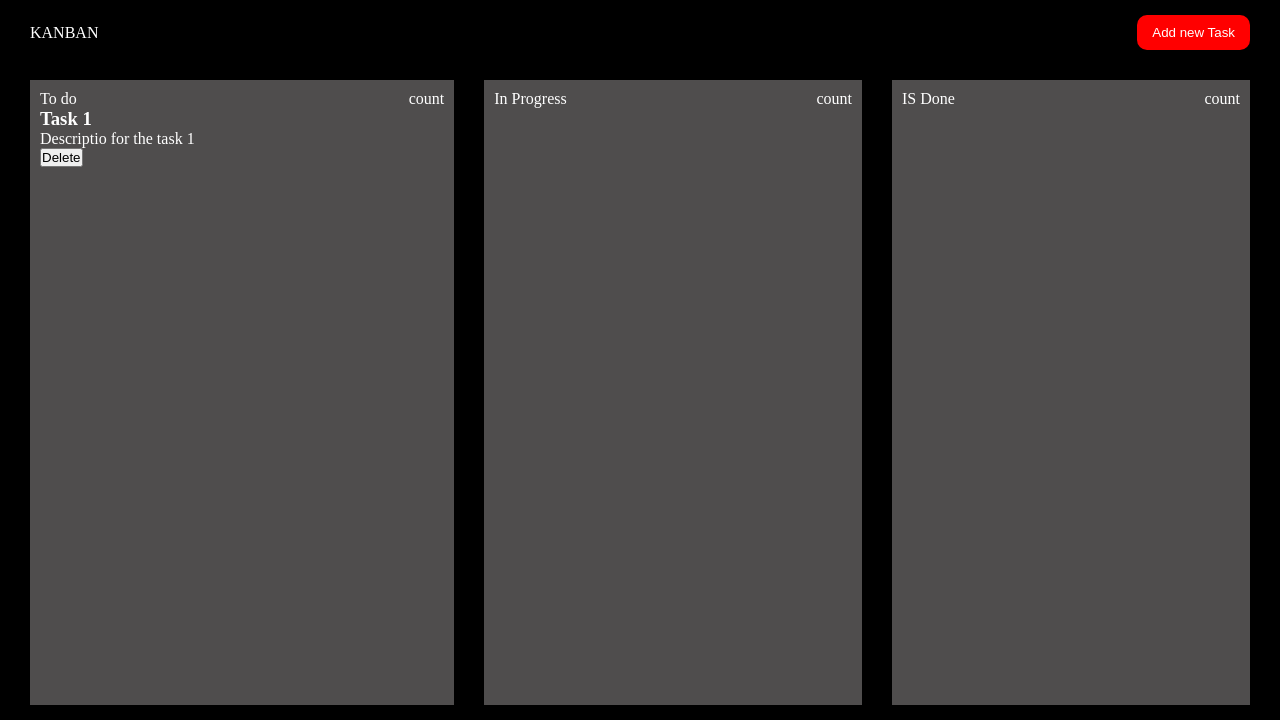
Repository: Sandeepji-5/Kanban-board
Page: index.html
An editor plug-in stored every save of this project. The page is shown before and after the next save, followed by the edit.
The browser window is 1280 px wide. The pictures show the whole page.

Above is the page before, as saved 2025-12-08 18:37:21.

After the next save:
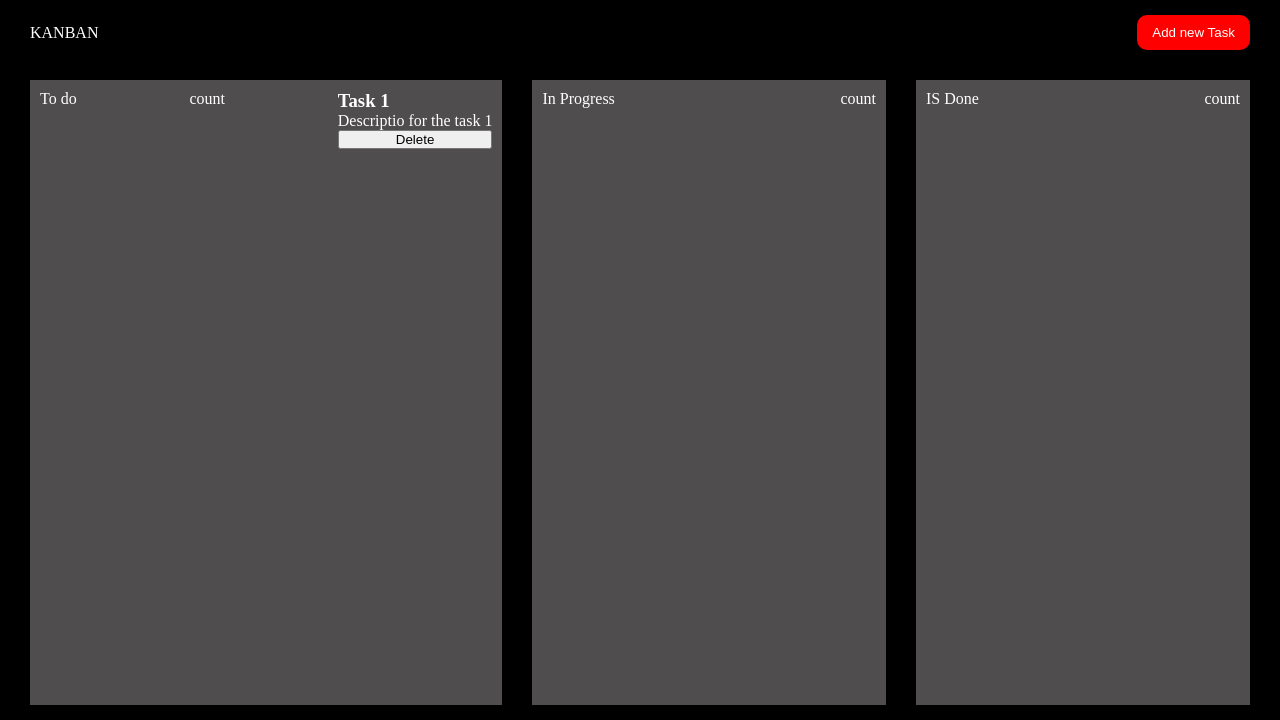
Saved 38 s later.
--- a/index.html
+++ b/index.html
@@ -17,12 +17,13 @@
                 <div class="heading">
                     <div class="left">To do </div>
                     <div class="right">count</div>
-                </div>
-                <div class="task">
+                     <div class="task">
                     <h3>Task 1</h3>
                     <p>Descriptio for the task 1 </p>
                     <button>Delete</button>
                 </div>
+                </div>
+
             </div>
             <div class="task-column">
                 <div class="heading">

After the save that followed:
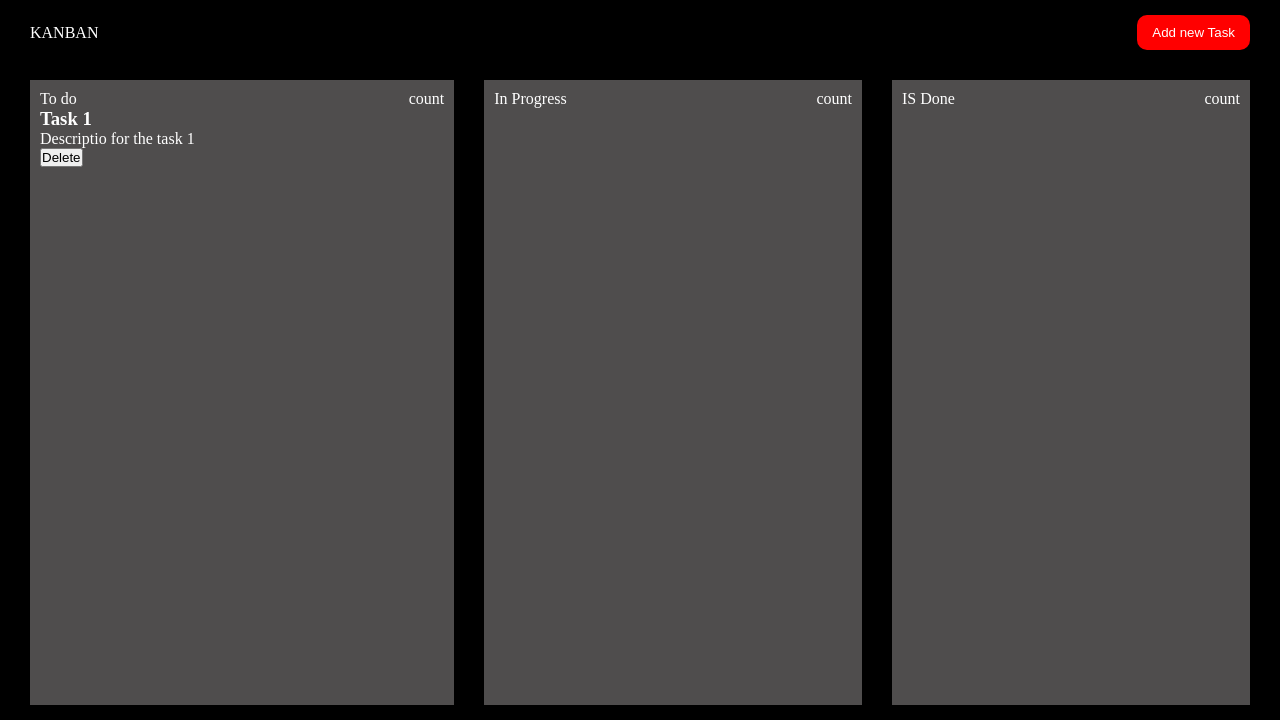
Saved 11 s later.
--- a/index.html
+++ b/index.html
@@ -17,13 +17,12 @@
                 <div class="heading">
                     <div class="left">To do </div>
                     <div class="right">count</div>
-                     <div class="task">
+                </div>
+                <div class="task">
                     <h3>Task 1</h3>
                     <p>Descriptio for the task 1 </p>
                     <button>Delete</button>
                 </div>
-                </div>
-
             </div>
             <div class="task-column">
                 <div class="heading">
